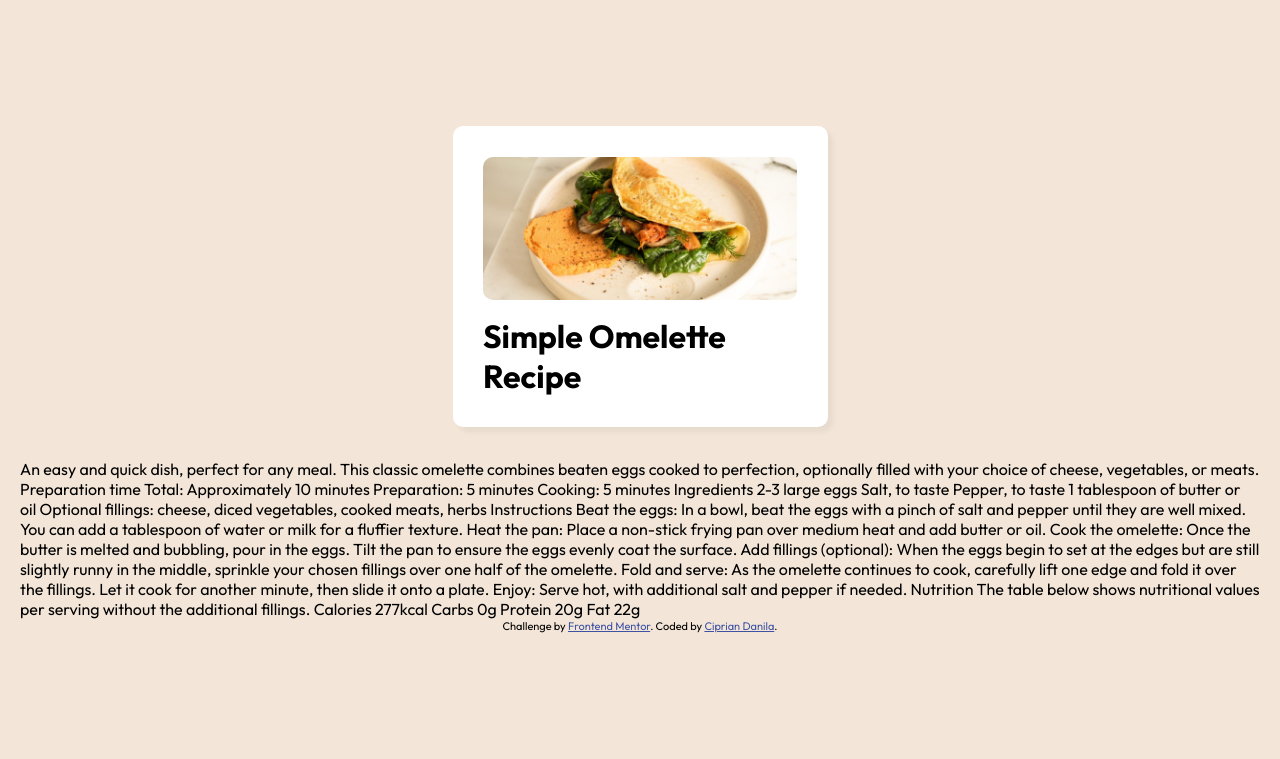
Repository: cipdanila/recipe-page
Page: index.html
The author's editor kept a copy of each file at every save. The page is drawn from the files as they stood at one save, then again after the next save.
The browser window is 1280 px wide. The pictures show the whole page.

Above is the page before, as saved 2024-01-21 15:04:24.

After the next save:
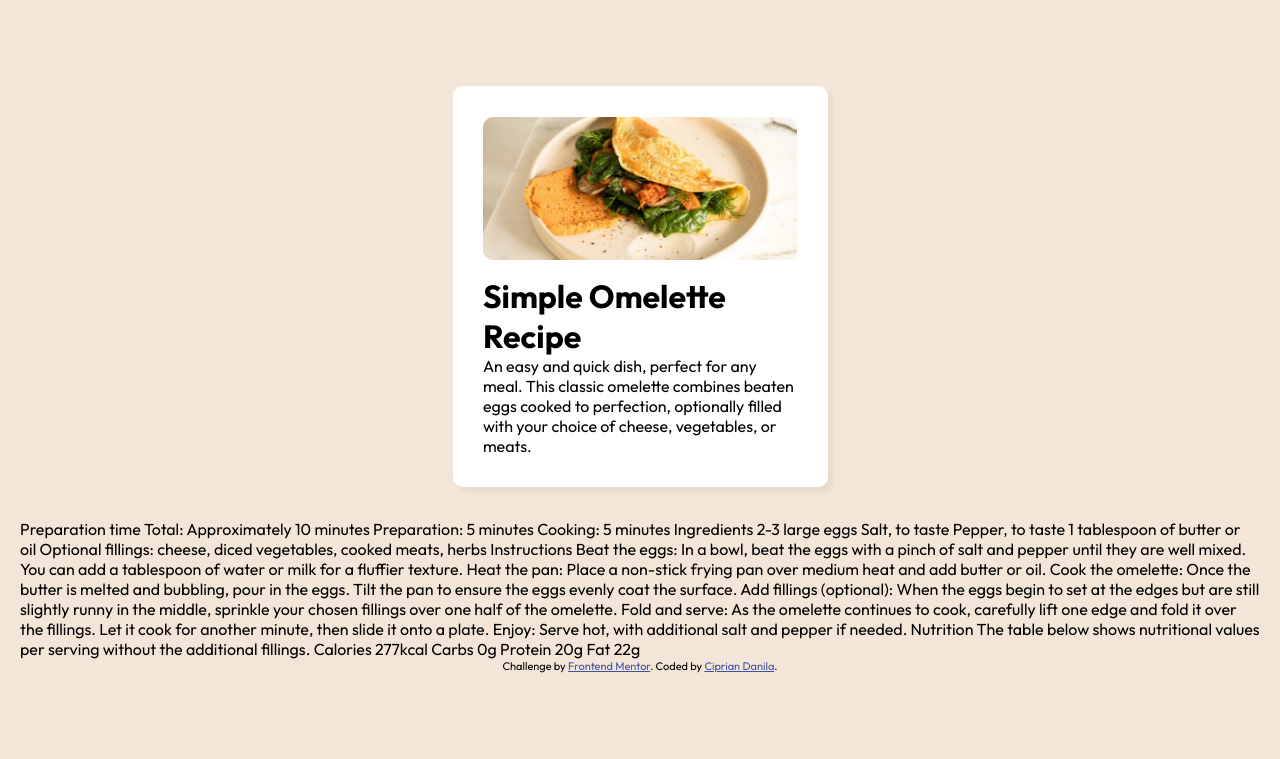
Saved 28 s later.
--- a/index.html
+++ b/index.html
@@ -15,12 +15,13 @@
     <div class="container">
       <img src="./assets/images//image-omelette.jpeg" alt="image-omlette">
       <h1>Simple Omelette Recipe</h1>
-      <p></p>
+      <p>
+        An easy and quick dish, perfect for any meal. This classic omelette combines beaten eggs cooked
+        to perfection, optionally filled with your choice of cheese, vegetables, or meats.
+      </p>
     </div>
   </main>
 
-  An easy and quick dish, perfect for any meal. This classic omelette combines beaten eggs cooked
-  to perfection, optionally filled with your choice of cheese, vegetables, or meats.
 
   Preparation time
 
